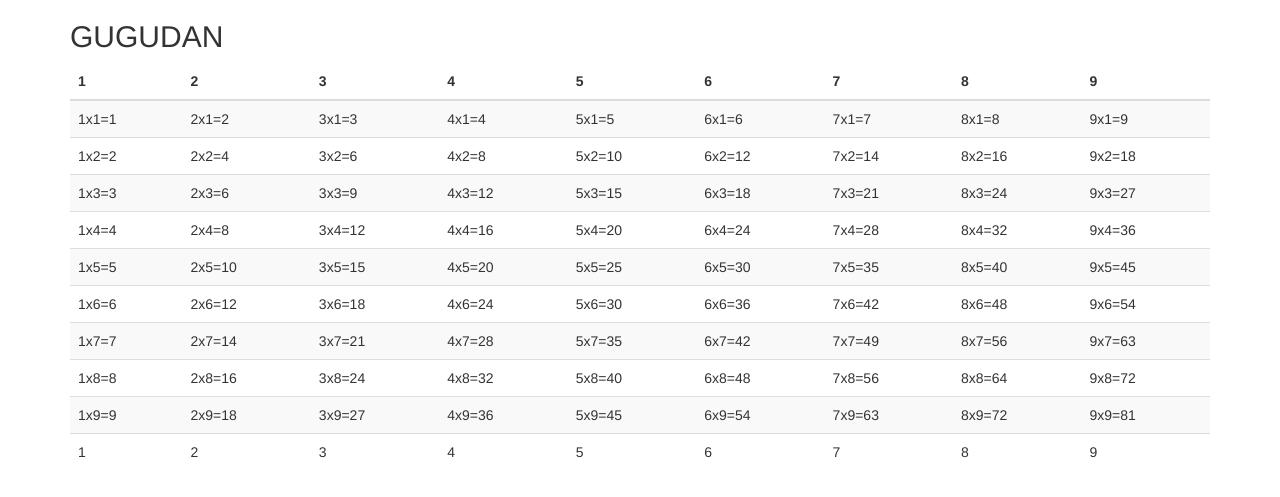
Repository: SongSooJin/JSP
Page: http://localhost/5-jsp-basic/example5/gugudan4.jsp
An editor plug-in stored every save of this project. The page is shown before and after the next save, followed by the edit.
The browser window is 1280 px wide. The pictures show the whole page.
The page is served by Tomcat 9.

Above is the page before, as saved 2018-10-08 06:02:24.

After the next save:
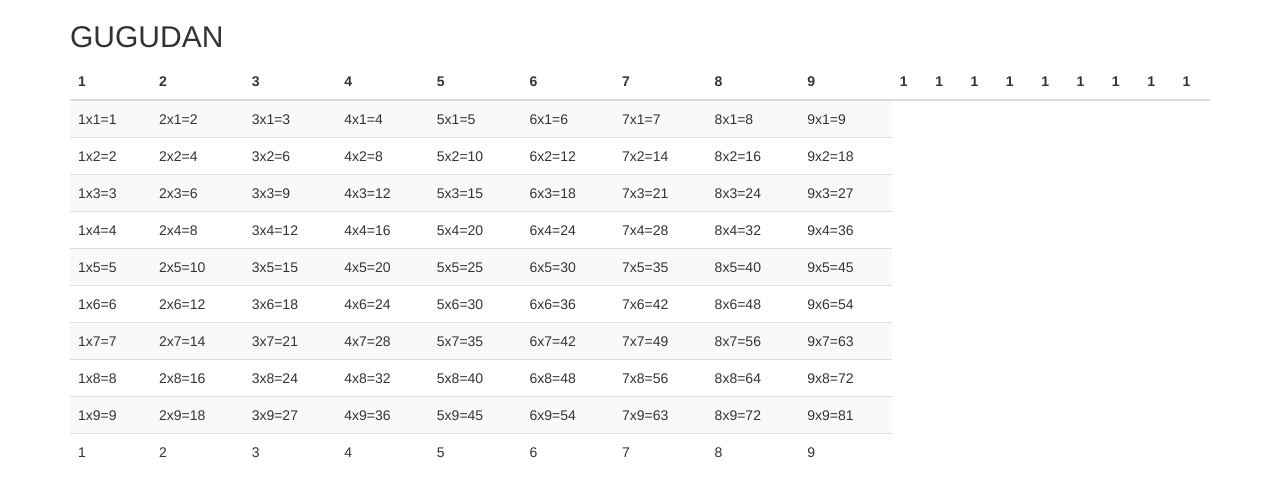
Saved 28 s later.
--- a/5-jsp-basic/WebContent/example5/gugudan4.jsp
+++ b/5-jsp-basic/WebContent/example5/gugudan4.jsp
@@ -28,7 +28,7 @@
 						}
 					%>
 					<c:forEach begin="1" end="9" step="1">
-
+						<th>${1}</th>
 					</c:forEach>
 				</tr>
 			</thead>
